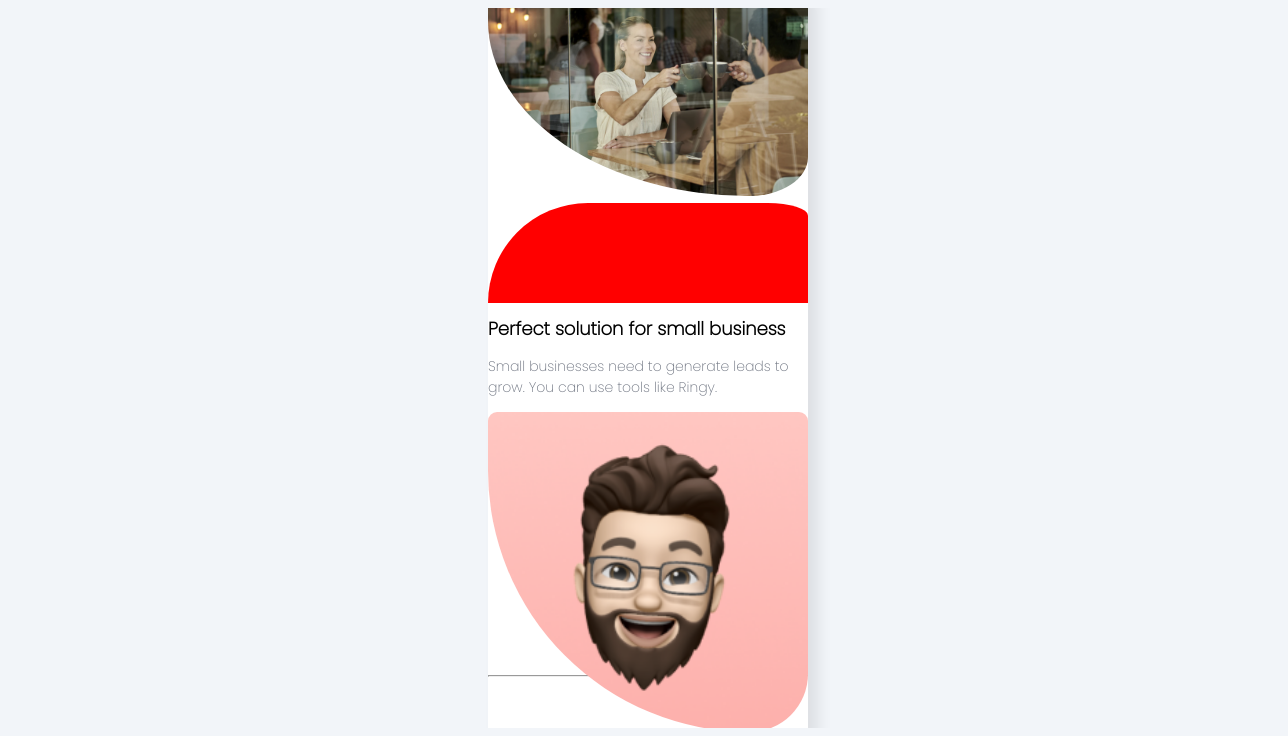
Repository: massndongo/business-blog-card
Page: index.html
The author's editor kept a copy of each file at every save. The page is drawn from the files as they stood at one save, then again after the next save.
The browser window is 1280 px wide. The page is 1288 px wide, so the pictures cover 1288 px, including what lies to the right of the window. The pictures show the whole page.

Above is the page before, as saved 2023-11-08 03:36:17.

After the next save:
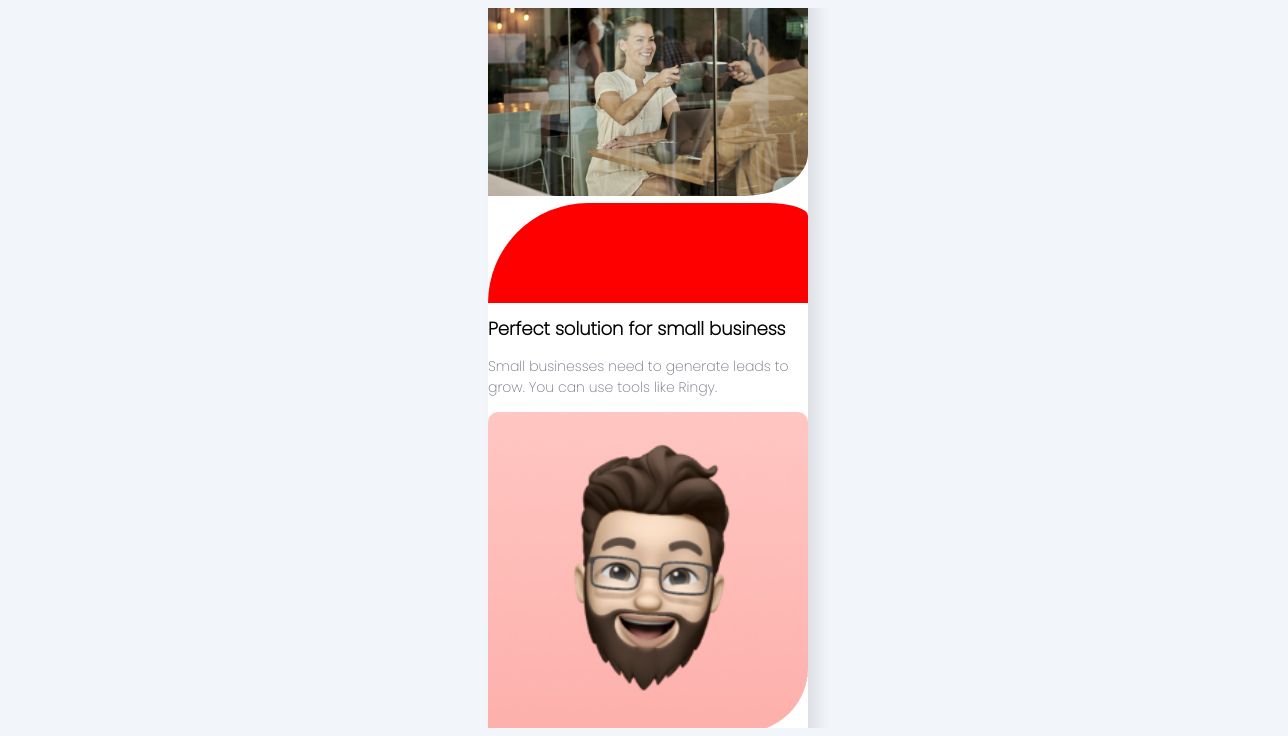
Saved 5 s later.
--- a/css/styles.css
+++ b/css/styles.css
@@ -28,7 +28,7 @@ body {
 }
 .card img{
     width: 100%;
-    border-radius: 10px 10px 20% 90%;
+    border-radius: 10px 10px 20% 0%;
 }
 .wavy{
     height: 100px;
